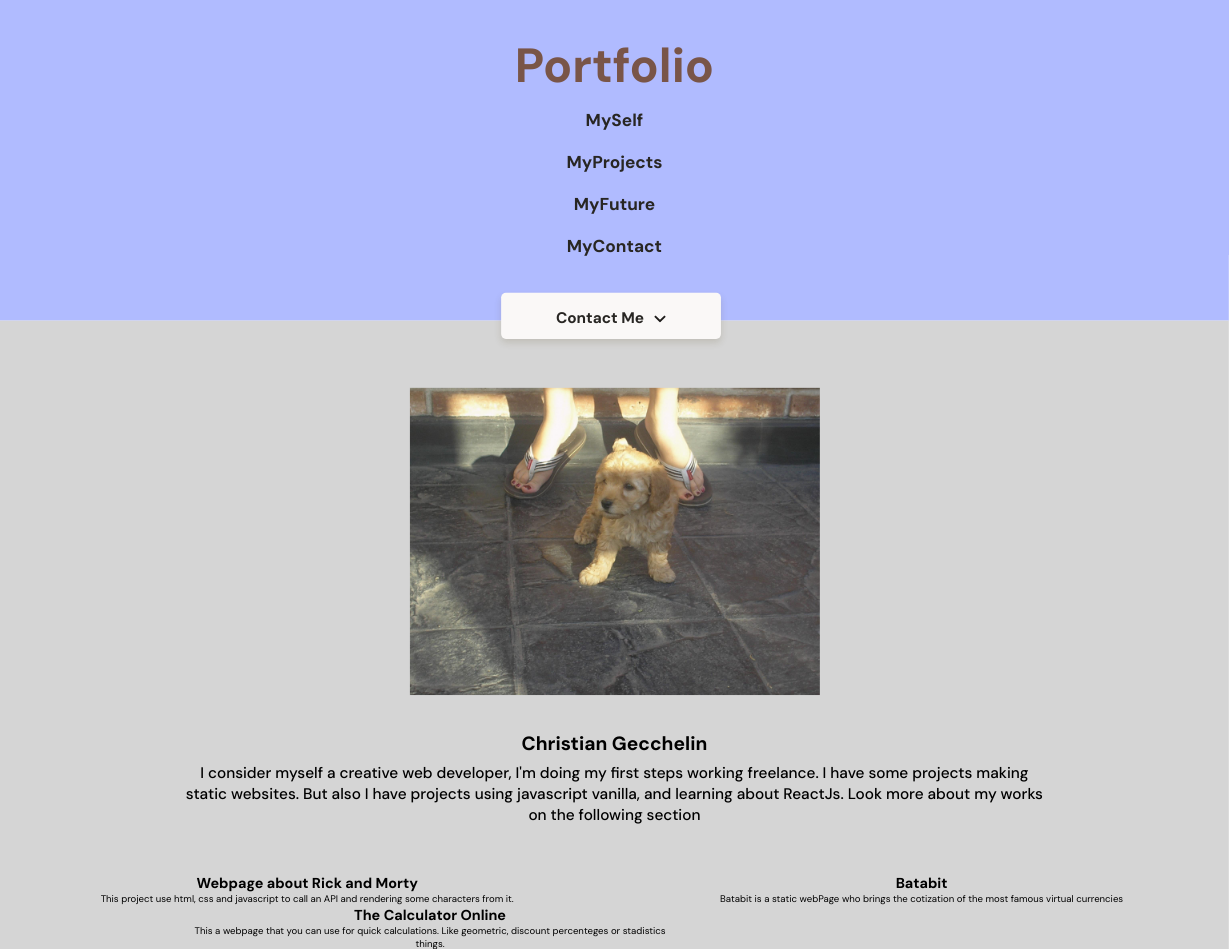
Repository: ChristianGecchelin/PortfolioOnline
Page: index.html
These files come from the project's save history. The page is drawn as it stood at one moment and after the next save; the edit follows.
The browser window is 1280 px wide. The pictures show the whole page, at 96% of full size.

Above is the page before, as saved 2022-01-10 11:04:58.

After the next save:
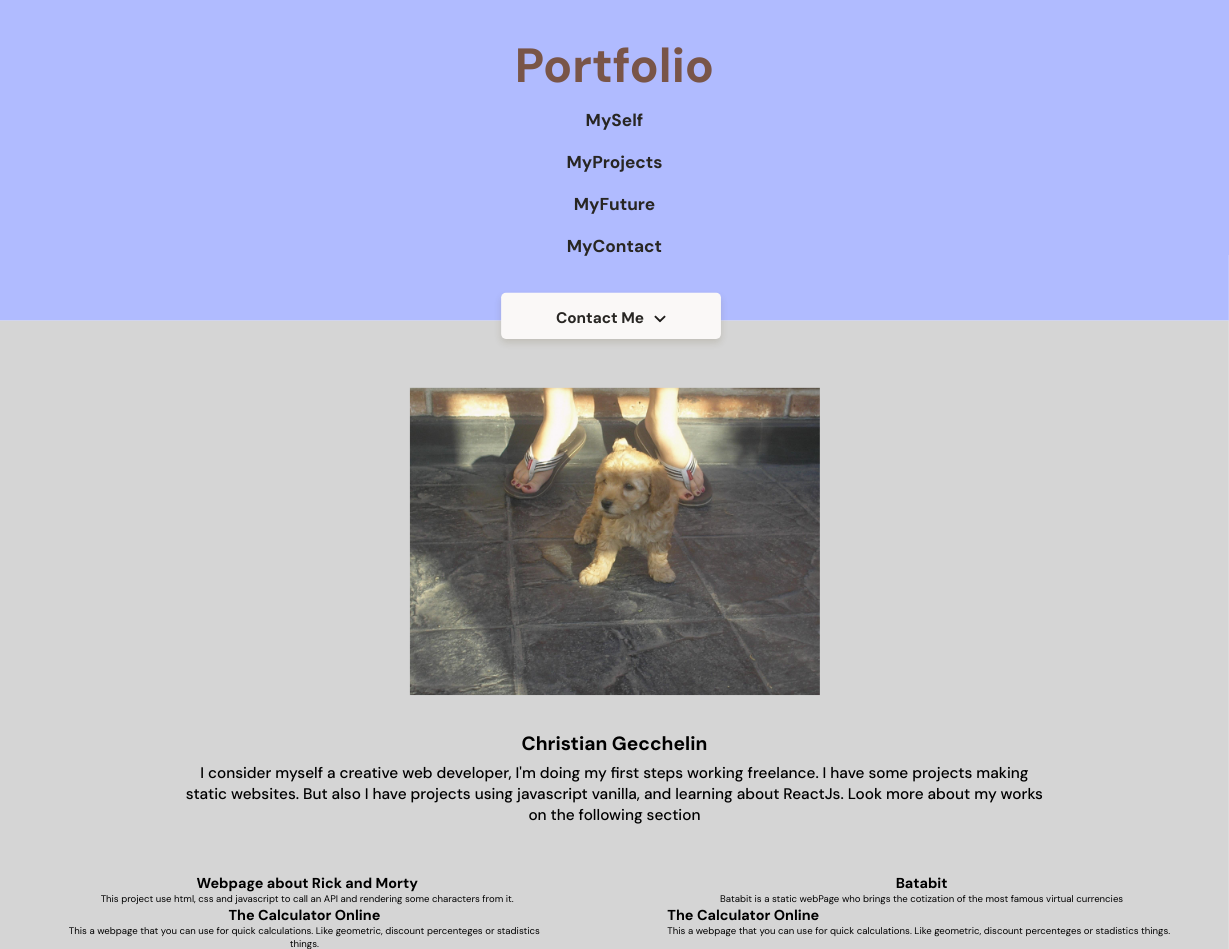
Saved 21 s later.
--- a/index.html
+++ b/index.html
@@ -79,7 +79,14 @@
             geometric, discount percenteges or stadistics things.
           </p>
         </div>
-        <div></div>
+        <div>
+          <h2 href="">The Calculator Online</h2>
+          <div class="img-project"></div>
+          <p>
+            This a webpage that you can use for quick calculations. Like
+            geometric, discount percenteges or stadistics things.
+          </p>
+        </div>
       </section>
       <section class="principalContainer-myFuture"></section>
       <section class="principalContainer-myContact"></section>
